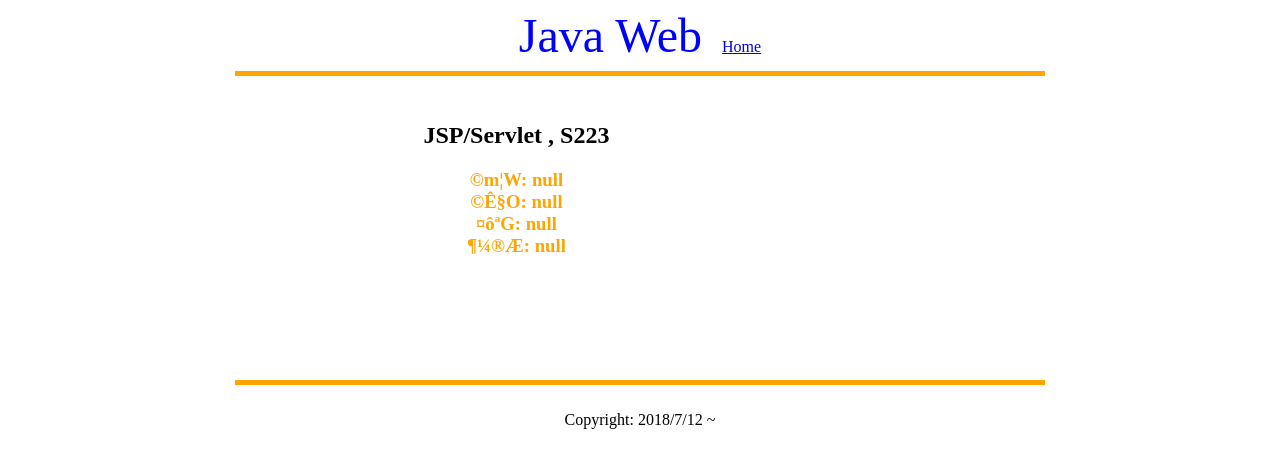
Repository: anxhuang/Java_Web
Page: http://localhost/code/S223
These files come from the project's save history. The page is drawn as it stood at one moment and after the next save; the edit follows.
The browser window is 1280 px wide. The pictures show the whole page.
The page is served by Tomcat 9.

Above is the page before, as saved 2018-07-26 10:27:36.

After the next save:
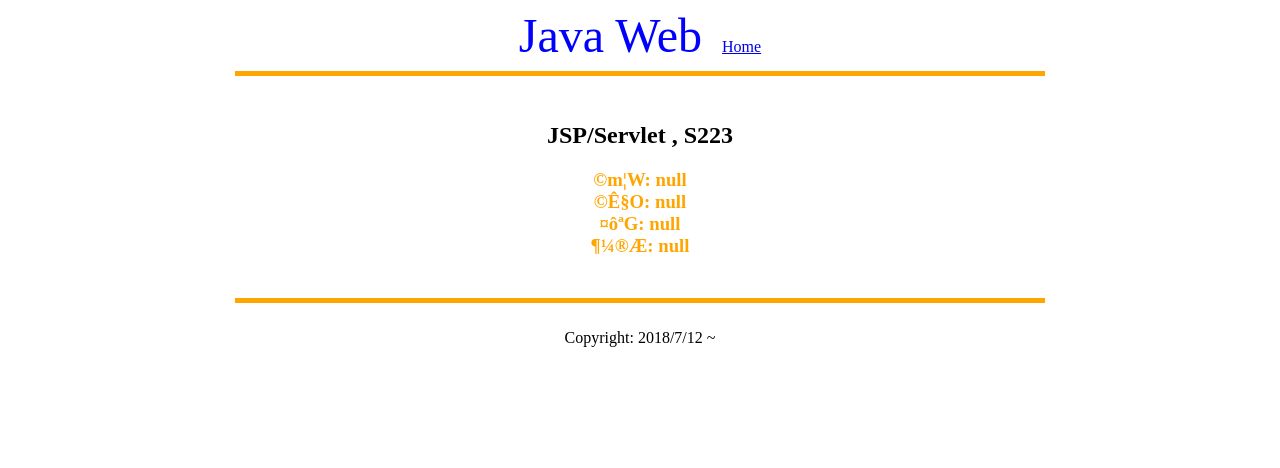
Saved 102 s later.
--- a/code/src/code/servlet/S223.java
+++ b/code/src/code/servlet/S223.java
@@ -41,7 +41,7 @@ public class S223 extends HttpServlet {
 		String	gender=request.getParameter("gender");
 		String	fruit=request.getParameter("fruit");
 		String	drink=request.getParameter("drink");
-		out.println("<center><div style='width: 80%; height: 250px; margin-right: 250px;'>");
+		out.println("<center><div>");
 		out.println("<h2>JSP/Servlet , S223</h2><h3><font color='orange'>");
 		out.println("©m¦W: "+user+"<br>");
 		out.println("©Ê§O: "+gender+"<br>");
